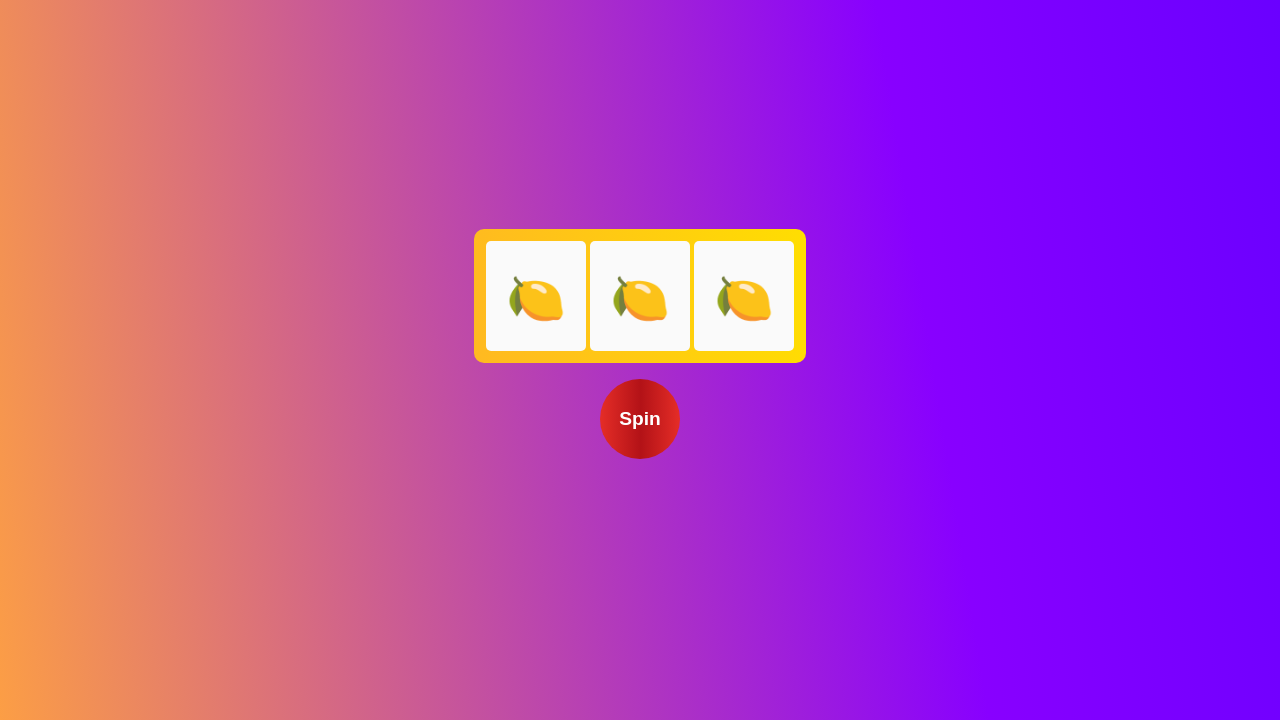
Repository: HERBOD7/slotmachine
Page: /
These files come from the project's save history. The page is drawn as it stood at one moment and after the next save; the edit follows.
The browser window is 1280 px wide. The pictures show the whole page.
The project was rebuilt for these pictures with package versions that can differ from the ones it lists, and the page was loaded fresh each time. Also part of the build but not shown: vue.config.js.

Above is the page before, as saved 2023-07-23 12:12:41.

### src/App.vue
<template>
  <div id="app">
    <div class="slots">
      <div class="slot" v-for="(symbol, name, i) in symbols" :key="i">
        <SlotBox
          :symbols="symbol"
          :slotName="name"
          :slotIsShuffling="isShuffling"
        />
      </div>
    </div>

    <div class="buttons">
      <button @click="spin" class="spinner">Spin</button>
    </div>
  </div>
</template>

<script>
import SlotBox from "./components/SlotBox.vue";

export default {
  name: "App",
  components: {
    SlotBox,
  },
  data() {
    return {
      symbols: {
        firstSlot: ["🍋", "🍉", "🍒", "🍊"],
        secondSlot: ["🍋", "🍉", "🍒", "🍊"],
        thirdSlot: ["🍋", "🍉", "🍒", "🍊"],
      },
      isShuffling: false,
    };
  },
  methods: {
    spin() {
      this.isShuffling = true;
      for (let name in this.symbols) {
        const arr = [];
        arr.push(...this.symbols[name]);
        this.symbols[name] = this.shuffle(arr);
      }
      setTimeout(() => {
        this.isShuffling = false;
      }, 100);
    },
    shuffle(array) {
      for (let i = array.length - 1; i > 0; i--) {
        const j = Math.floor(Math.random() * (i + 1));
        [array[i], array[j]] = [array[j], array[i]];
      }
      return array;
    },
  },
};
</script>

<style>
body {
  width: 100vw;
  height: 100vh;
  margin: 0;
  padding: 0;
}

#app {
  width: 100%;
  height: 100%;
  display: flex;
  flex-direction: column;
  justify-content: center;
  align-items: center;
  background: rgb(106, 0, 255);
  background: linear-gradient(
    261deg,
    rgba(106, 0, 255, 1) 0%,
    rgba(136, 0, 255, 1) 29%,
    rgba(252, 158, 69, 1) 100%
  );
}

.slots {
  display: flex;
  background: rgb(255, 222, 1);
  background: linear-gradient(
    261deg,
    rgba(255, 222, 1, 1) 0%,
    rgba(255, 185, 33, 1) 100%
  );
  padding: 10px;
  border-radius: 10px;
}

.slot {
  background: #fafafa;
  width: 100px;
  height: 110px;
  overflow: hidden;
  border-radius: 5px;
  margin: 2px;
}

.buttons {
  margin: 1rem 0 2rem 0;
}

button {
  cursor: pointer;
  font-size: 1.2rem;
  margin: 0 0.2rem;
  border: none;
  border-radius: 5px;
  padding: 10px 15px;
}

.spinner {
  height: 80px;
  width: 80px;
  border-radius: 100%;
  background: rgb(255, 0, 0);
  background-image: linear-gradient(
    to right,
    #e52d27 0%,
    #b31217 51%,
    #e52d27 100%
  );
  color: white;
  font-weight: bold;
}

.spinner:hover {
  background-position: right center;
}
</style>

### src/components/SlotBox.vue
<template>
  <div class="boxes">
    <div
      :class="[
        'box',
        slotIsShuffling ? 'before-animate blur' : slotName + '-animation',
      ]"
      v-for="(item, index) in symbols"
      :key="index"
    >
      {{ item }}
    </div>
  </div>
</template>

<script>
export default {
  name: "SlotBox",
  props: {
    symbols: Array,
    slotIsShuffling: Boolean,
    slotName: String,
  },
};
</script>

<!-- Add "scoped" attribute to limit CSS to this component only -->
<style scoped>
.boxes {
  transform: translateY(0);
  transition: transform 1s ease-in-out;
}

.box {
  display: flex;
  justify-content: center;
  align-items: center;
  font-size: 3rem;
  height: 110px;
  width: 100px;
}

.firstSlot-animation {
  transform: translateY(3px);
  transition: transform 0.5s ease-in-out;
}

.secondSlot-animation {
  transform: translateY(3px);
  transition: transform 0.8s ease-in-out;
}

.thirdSlot-animation {
  transform: translateY(3px);
  transition: transform 1s ease-in-out;
}

.before-animate {
  transform: translateY(-20px);
}

.blur {
  filter: blur(1px);
}
</style>

Loaded but not shown: public/index.html (common file); src/main.js (common file)

After the next save:
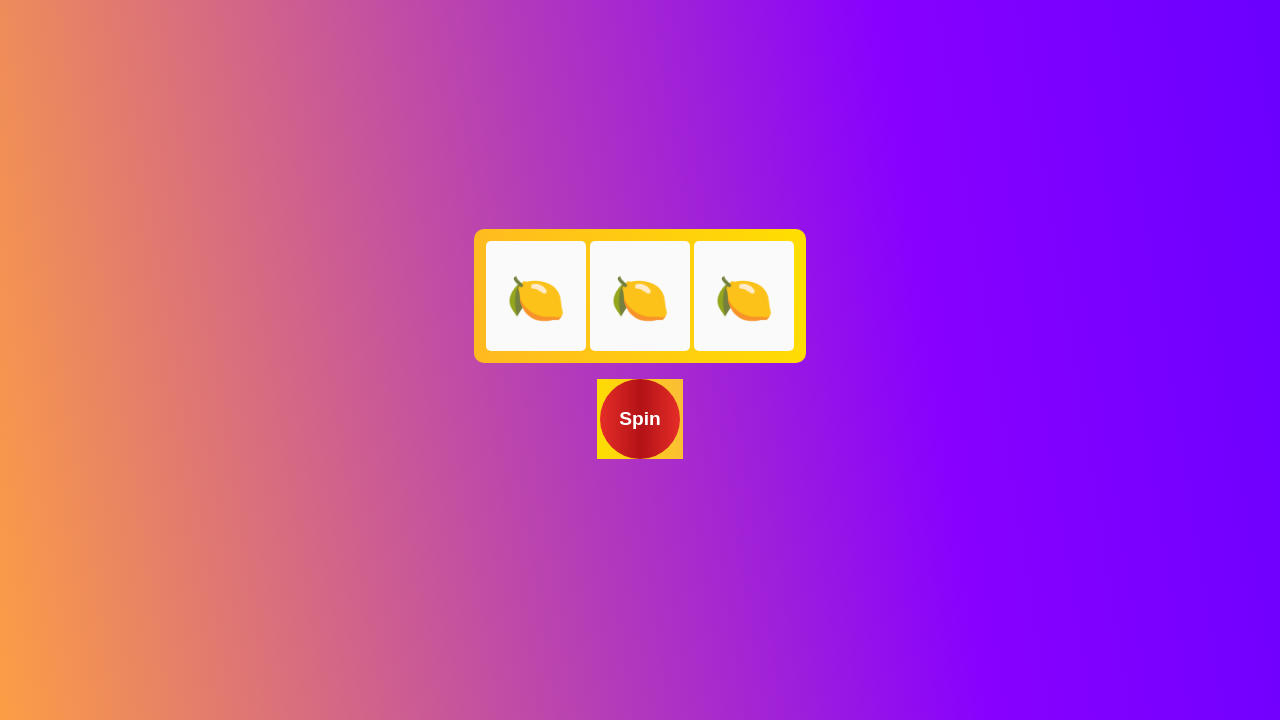
Saved 73 s later.
--- a/src/App.vue
+++ b/src/App.vue
@@ -104,6 +104,12 @@ body {
 
 .buttons {
   margin: 1rem 0 2rem 0;
+  background: rgb(255, 222, 0);
+  background: linear-gradient(
+    85deg,
+    rgba(255, 222, 0, 1) 0%,
+    rgba(250, 189, 55, 1) 100%
+  );
 }
 
 button {
